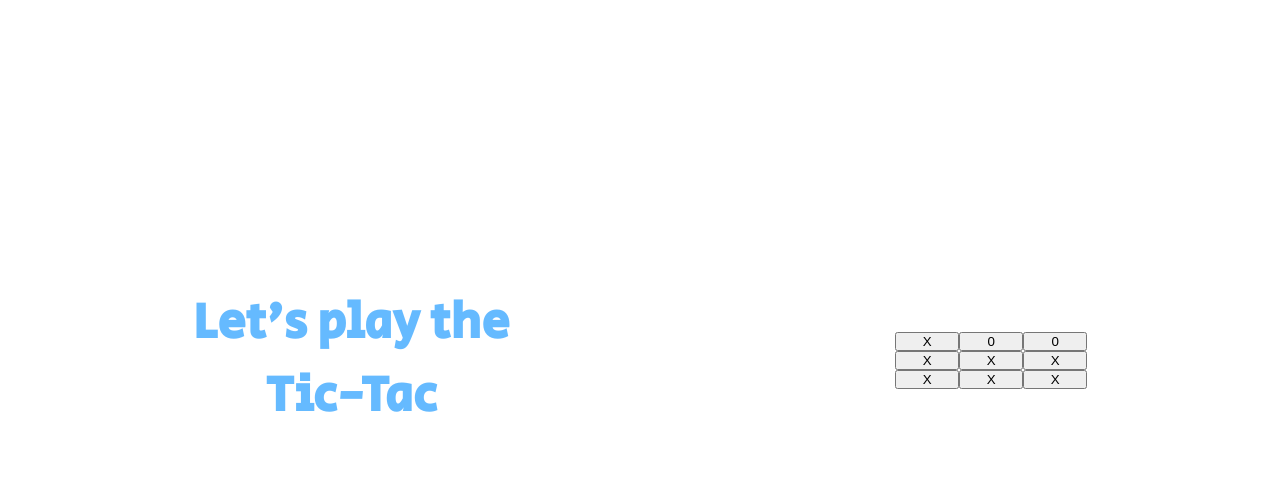
Repository: evergreenx/tic-tac
Page: /
The author's editor kept a copy of each file at every save. The page is drawn from the files as they stood at one save, then again after the next save.
The browser window is 1280 px wide. The pictures show the whole page.
The project was rebuilt for these pictures with package versions that can differ from the ones it lists, and the page was loaded fresh each time.

Above is the page before, as saved 2022-04-20 19:49:15.

After the next save:
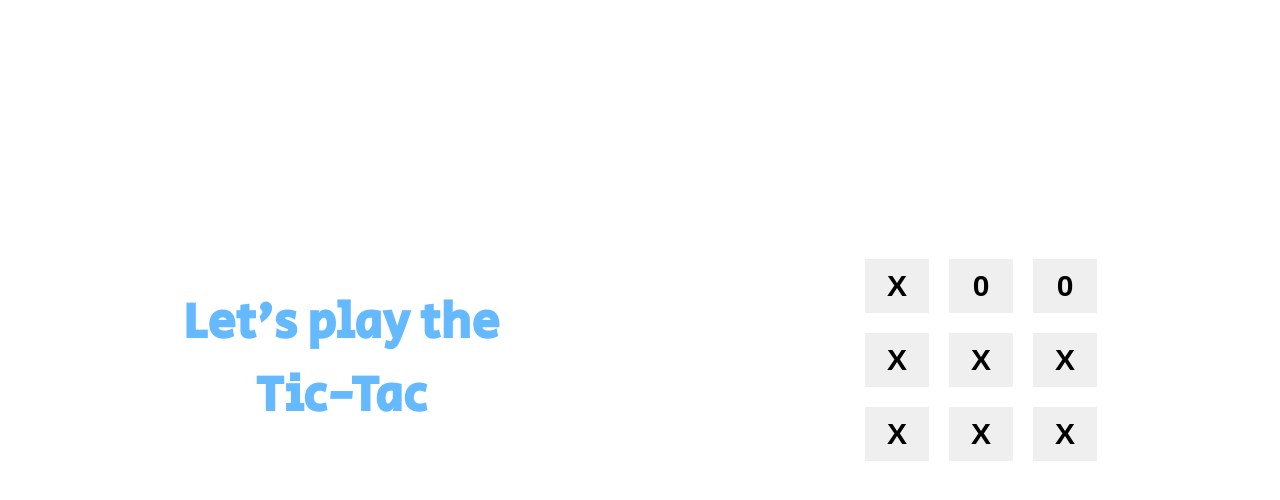
Saved 5 s later.
--- a/src/components/Board/Board.scss
+++ b/src/components/Board/Board.scss
@@ -1,7 +1,7 @@
 .board {
   display: grid;
   grid-template-columns: repeat(3 , 4rem);
-  grid-gap:20
+  grid-gap:20px;
 
   button {
     font-size: 30px;
